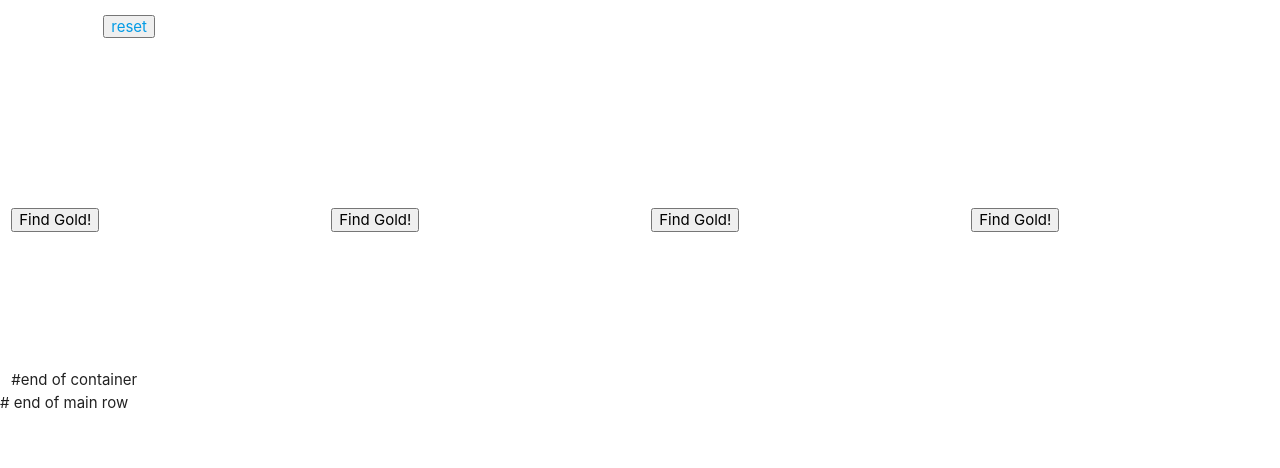
Repository: bvnger/Ninja_gold_flask
Page: http://localhost/
The author's editor kept a copy of each file at every save. The page is drawn from the files as they stood at one save, then again after the next save.
The browser window is 1280 px wide. The pictures show the whole page.
The page is served by the project's application, run on Flask 3 (server.py).

Above is the page before, as saved 2019-11-04 14:21:29.

### templates/index.html
<!DOCTYPE html>
<html lang="en" dir="ltr">
  <head>
    <meta charset="utf-8">
    <title></title>
     <!--Import Google Icon Font-->
     <link href="https://fonts.googleapis.com/icon?family=Material+Icons" rel="stylesheet">
     <!--Import materialize.css-->
     <link type="text/css" rel="stylesheet" href="https://cdnjs.cloudflare.com/ajax/libs/materialize/1.0.0/css/materialize.css"  media="screen,projection"/>
     <!-- https://cdnjs.cloudflare.com/ajax/libs/materialize/1.0.0/css/materialize.css -->
  </head>
<body>
<div class="row">
<div class ="col s12">
<div class ="card-content white-text">
    <div  action ="/process">
        <div class ="top">
        <p>Your Gold: {{session['gold']}}
        <button>
        <a href="/reset" > reset</a> </button>
        </div>
        <!-- ########################             -->

<div class ="mid"> #start of buildings
<div class="row">

<form class="col s3" action="/process" method="POST">
    <h3>Farm</h3>
    <p>earns 10-20 golds</p>
    <input type="hidden" name="building"  value="farm"></input>
    <button type="submit">Find Gold!</button>
</form>
<form class="col s3" action="/process" method="POST">
    <h3>Cave</h3>
    <p>earns 5-10 golds</p>
    <input type="hidden" name="building"  value="cave"></input>
    <button type="submit">Find Gold!</button>
</form>
<form class="col s3" action="/process" method="POST">
    <h3>House</h3>
    <p>earns 2-5 golds</p>
    <input type="hidden" name="building"  value="house"></input>
    <button type="submit">Find Gold!</button>
</form>
<form class="col s3" action="/process" method="POST">
    <h3>Casino</h3>
    <p>earn\takes 0-50 golds</p>
    <input type="hidden" name="building"  value="casino"></input>
    <button type="submit">Find Gold!</button>
</form>
</div> #end of building row
        </div>
        <div class ="bot">
            <table>
            <h3>Activities:</h3>
            <ul class="bottom" name ="activities" value="log" class="activities">
                {% for activity in session.activities %}
                <li name="activities"  class="log" >{{activity}}
                </li>
                {% endfor %}
            </ul>

            </table>
        </div>
    </div>
</div> #end of container
</div> # end of main row

 <!--JavaScript at end of body for optimized loading-->
    <script type="text/javascript" src="https://cdnjs.cloudflare.com/ajax/libs/materialize/1.0.0/js/materialize.js"></script>
</body>
</html>

### server.py
from flask import Flask, render_template, request, redirect, session
from datetime import datetime
import random
app = Flask(__name__)
app.secret_key="qwertyuiop"

@app.route('/')
def hello_world():
    gold ="gold"
    if "gold" not in session:
        session["gold"]= 0
    if "counter" not in session:
        session["counter"]=0
    if "activities" not in session:
        session["activities"]=[]
    return render_template("index.html")

@app.route("/process", methods=["POST"])

def processgold():
    date_time = datetime.now()
    print(session)
    print(request.form)
    if request.form["building"] == "farm":
            place = "farm"
            gold = random.randint(10,20)
            session["gold"]+= gold
            session['counter'] += 1
            message = f"You have visited {place} and gained {gold} gold! {date_time}"
            session['activities'].insert(0,message)
            return redirect('/')
    if request.form["building"] == "cave":
        place =  "cave"
        gold = random.randint(5,10)
        session['gold']+= gold
        session['counter'] += 1
        message = f"You have visited {place} and gained {gold} gold! {date_time}"
        session['activities'].insert(0,message)
        return redirect('/')
    if request.form["building"] == "house":
        place = "house"
        gold =random.randint(2,5)
        session['gold']+= gold
        session['counter'] += 1
        message = f"You have visited {place} and gained {gold} gold! {date_time}"
        session['activities'].insert(0,message)
        return redirect('/')
    if request.form["building"] == "casino":
        place = "casino"
        gold = random.randint(0,100) -50
        session['gold']+= gold
        session['counter'] += 1
        message = f"You have visited {place} and gained {gold} gold! {date_time}"
        session['activities'].insert(0,message)
        return redirect('/')
    return redirect('/')

@app.route('/reset')
def reset():
    session.clear()
    return redirect('/')

def edit(request):
    if request.method =="POST":
        request.session.clear()
    return render('/edit.html')


if __name__=="__main__":
    app.run(debug=True)

After the next save:
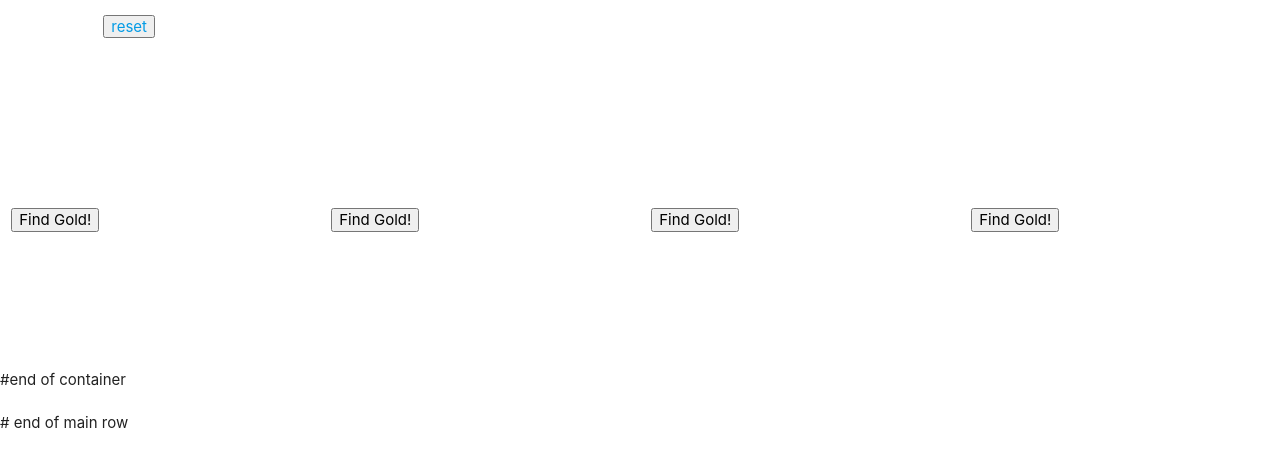
Saved 117 s later.
--- a/templates/index.html
+++ b/templates/index.html
@@ -12,15 +12,15 @@
 <body>
 <div class="row">
 <div class ="col s12">
-<div class ="card-content white-text">
-    <div  action ="/process">
-        <div class ="top">
-        <p>Your Gold: {{session['gold']}}
-        <button>
-        <a href="/reset" > reset</a> </button>
+    <div class ="card-content white-text">
+        <div  action ="/process">
+            <div class ="top">
+            <p>Your Gold: {{session['gold']}}
+            <button>
+            <a href="/reset" > reset</a> </button>
+            </div>
+            <!-- ########################             -->
         </div>
-        <!-- ########################             -->
-
 <div class ="mid"> #start of buildings
 <div class="row">
 
@@ -67,6 +67,6 @@
 </div> # end of main row
 
  <!--JavaScript at end of body for optimized loading-->
-    <script type="text/javascript" src="https://cdnjs.cloudflare.com/ajax/libs/materialize/1.0.0/js/materialize.js"></script>
+<script type="text/javascript" src="https://cdnjs.cloudflare.com/ajax/libs/materialize/1.0.0/js/materialize.js"></script>
 </body>
 </html>
